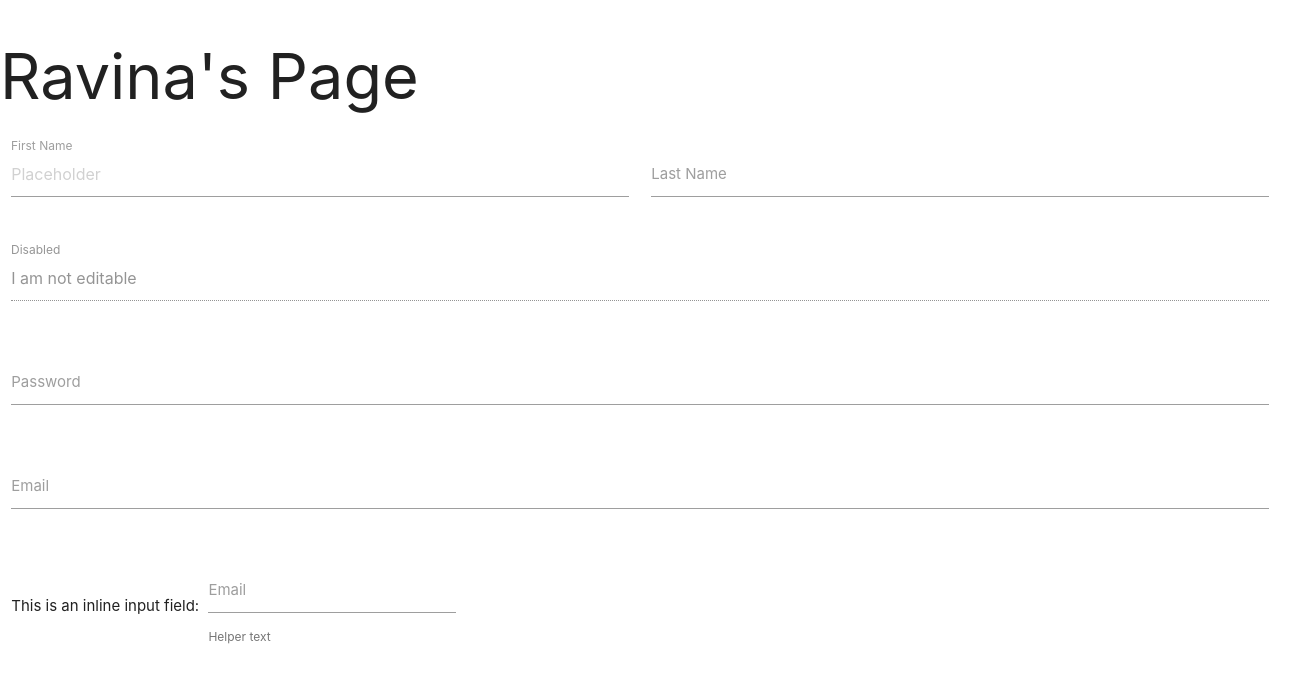
Repository: RavinakS/signup-page-html-js
Page: index.html
The author's editor kept a copy of each file at every save. The page is drawn from the files as they stood at one save, then again after a run of saves.
The browser window is 1280 px wide. The page is 1291 px wide, so the pictures cover 1291 px, including what lies to the right of the window. The pictures show the whole page.

Above is the page before, as saved 2021-12-13 11:08:07.

### index.html
<!DOCTYPE html>
<html lang="en">
<head>
    <meta charset="UTF-8">
    <meta http-equiv="X-UA-Compatible" content="IE=edge">
    <meta name="viewport" content="width=device-width, initial-scale=1.0">

    <title>Document</title>
    <link rel="stylesheet" href="https://cdnjs.cloudflare.com/ajax/libs/materialize/1.0.0/css/materialize.min.css">
    <script src="https://cdnjs.cloudflare.com/ajax/libs/materialize/1.0.0/js/materialize.min.js"></script>

</head>
<body>
    <h1>Ravina's Page</h1>
    <div class="row">
        <form class="col s12">
          <div class="row">
            <div class="input-field col s6">
              <input placeholder="Placeholder" id="first_name" type="text" class="validate">
              <label for="first_name">First Name</label>
            </div>
            <div class="input-field col s6">
              <input id="last_name" type="text" class="validate">
              <label for="last_name">Last Name</label>
            </div>
          </div>
          <div class="row">
            <div class="input-field col s12">
              <input disabled value="I am not editable" id="disabled" type="text" class="validate">
              <label for="disabled">Disabled</label>
            </div>
          </div>
          <div class="row">
            <div class="input-field col s12">
              <input id="password" type="password" class="validate">
              <label for="password">Password</label>
            </div>
          </div>
          <div class="row">
            <div class="input-field col s12">
              <input id="email" type="email" class="validate">
              <label for="email">Email</label>
            </div>
          </div>
          <div class="row">
            <div class="col s12">
              This is an inline input field:
              <div class="input-field inline">
                <input id="email_inline" type="email" class="validate">
                <label for="email_inline">Email</label>
                <span class="helper-text" data-error="wrong" data-success="right">Helper text</span>
              </div>
            </div>
          </div>
        </form>
      </div>
</body>
</html>

After the next 3 saves:
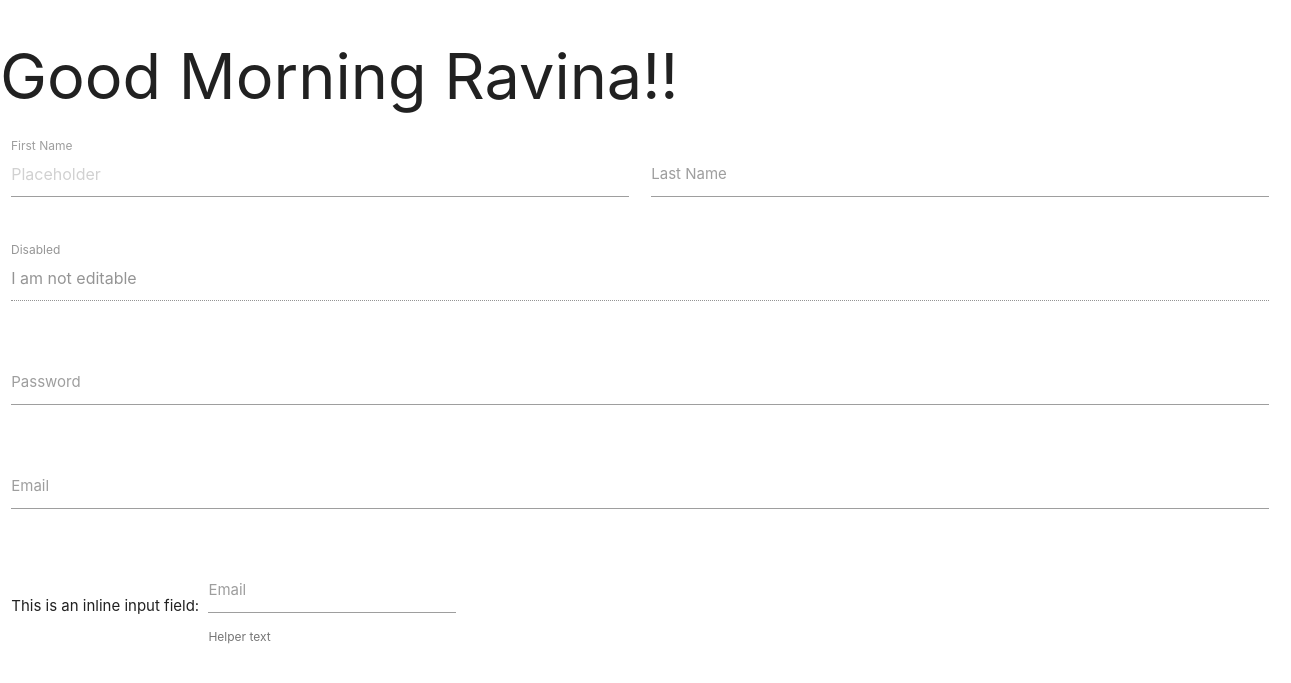
The 3 saves are shown as one change because they came seconds apart.
The last was saved 14 s later.
--- a/index.html
+++ b/index.html
@@ -11,7 +11,7 @@
 
 </head>
 <body>
-    <h1>Ravina's Page</h1>
+    <h1>Good Morning Ravina!!</h1>
     <div class="row">
         <form class="col s12">
           <div class="row">
